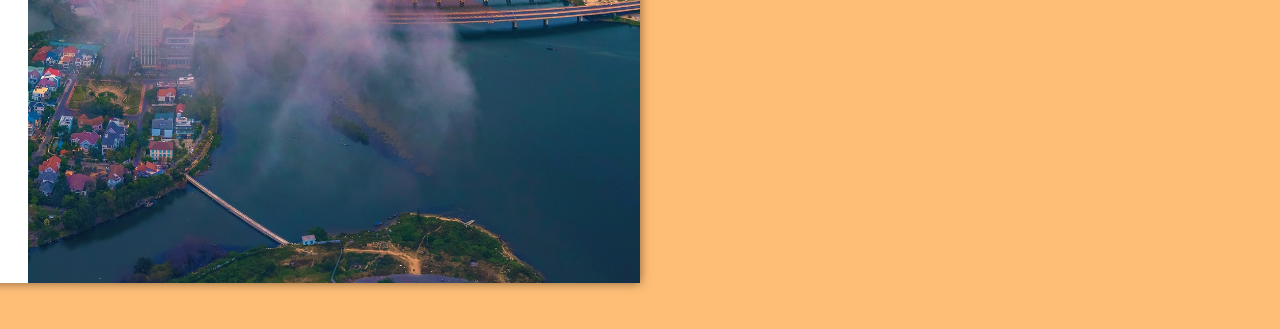
Repository: 0584386177/Clone
Page: src/page/login.html
These files come from the project's save history. The page is drawn as it stood at one moment and after the next save; the edit follows.
The browser window is 1280 px wide. The pictures show the whole page.
The style sheet was rebuilt from its Sass, Less or Tailwind sources for each picture, by a compiler version that may differ from the author's.

Above is the page before, as saved 2023-10-08 14:25:36.

### src/page/login.html
<!DOCTYPE html>
<html lang="en">
  <head>
    <title>Login</title>
    <meta charset="UTF-8" />
    <meta name="viewport" content="width=device-width, initial-scale=1.0" />
    <link rel="preconnect" href="https://fonts.googleapis.com" />
    <link rel="preconnect" href="https://fonts.gstatic.com" crossorigin />
    <link href="https://fonts.googleapis.com/css2?family=Roboto:wght@300;400;500;700;900&display=swap" rel="stylesheet" />
    <link rel="stylesheet" href="../sass/HOME/login.css" />
  </head>
  <body>
    <div class="login">
      <div class="login__main">
        <!-- left-Login -->
        <div class="login__section">
          <!-- Logo -->
          <div class="login__section-logo">
            <img src="/assets/images/login/logo.jpg" alt="" />
          </div>
          <!-- register -->
          <div class="login__section-register">
            <h2 class="login__section-title">SIGN UP</h2>
            <!-- <div class="login__section-email-phone">
              <span class="login__section-email">ty Email</span>
              <span class="login__section-email">ty Phone</span>
            </div> -->
            <form class="login__section-fill-information">
              <input class="section-fill-information" name="username" required type="text" placeholder="Enter your username" />
              <input class="section-fill-information" name="email" required type="text" placeholder="Enter your email" />
              <input class="section-fill-information" name="password" required type="text" placeholder="Enter your password" />
              <input class="section-fill-information" name="confirmPassword" required type="text" placeholder="Confirm password" />
              <button type="submit" class="section-fill-information-btn">CREATE</button>
              <!--Sửa lại class đi  -->
            </form>
          </div>
          <!-- footer -->
          <div class="login__footer">
            <span class="login__footer-help">Or Sign Up Using? <a class="login__footer-link" href="#">SIGN IN</a></span>
          </div>
        </div>
        <!-- END -->

        <!-- right-image -->
        <div class="login__image">
          <img class="login__image-img" src="/assets/images/login/anh2.jpg" alt="" />
        </div>
        <!-- END -->
      </div>
    </div>
  </body>
</html>

### src/sass/HOME/login.scss
body {
  //   width: 100%;
  //   height: 100%;
  background-color: rgba(255, 190, 118, 1);
}
.login {
  min-width: 75%;
  font-family: sans-serif;
  position: relative;
  //   top: 50%;
  //   left: 50%;
  top: 50%;
  transform: translate(-50%, -50%);

  &__section {
    display: flex;
    flex-direction: column;
  }
  &__main {
    width: 100%;
    height: 550px;
    background-color: white;
    box-shadow: 0 0 10px rgba(0, 0, 0, 0.5);
    display: flex;
  }
  //   SECTION-LOGIN
  &__section {
    width: 50%;
    padding: 20px;
  }
  //   logo
  &__section-logo {
    text-align: center;
    margin-bottom: 50px;
    img {
      width: 80px;
      height: 80px;
      object-fit: cover;
    }
  }

  //   register
  &__section-register {
    position: relative;
    flex: 1;
  }
  &__section-title {
    font-weight: 600;
    text-align: center;
    font-size: 28px;
  }

  //   &__section-email-phone {
  //     font-size: 13px;
  //     text-align: center;
  //     color: rgb(96 88 88);
  //     font-weight: 400;
  //     // max-width: 236px;
  //     // margin: 10px auto;
  //     margin-bottom: 10px;
  //   }
  //   &__section-email {
  //     padding: 8px 33px;
  //     border-bottom: 1px solid #ccc;
  //     display: inline-block;
  //   }
  //   &__section-email:hover {
  //     border-bottom: 2px solid #000;
  //     color: #000;
  //     cursor: pointer;
  //   }
  //   &__section-phone {
  //     border-bottom: 1px solid #ccc;
  //     padding: 8px 30px;
  //   }
  &__section-fill-information {
    display: flex;
    flex-direction: column;
    max-width: 250px;
    margin: 0 auto;
  }
  //   END

  //   footer
  &__footer {
    font-size: 11px;
    text-align: center;
    padding: 10px 0;
  }
  &__footer-link {
    text-decoration: none;
    color: rgb(32, 150, 224);
  }
  //   END
  //   IMAGE
  &__image {
    width: 50%;
    height: 100%;
    &-img {
      width: 100%;
      height: 100%;
      object-fit: cover;
    }
  }
}

.section-fill-information {
  margin: 5px 0;
  border-radius: 6px;
  outline: none;
  border: 1px solid #ccc;
  color: #000;
  padding: 10px 8px;
  font-size: 12px;
}

.section-fill-information::-webkit-input-placeholder {
  color: #ccc;
}

.section-fill-information-btn {
  margin-top: 5px;
  padding: 10px 8px;
  font-size: 13px;
  border: none;
  background-color: #000;
  color: white;
  border-radius: 4px;
}

.section-fill-information-btn:hover {
  cursor: pointer;
  opacity: 0.9;
}

After the next save:
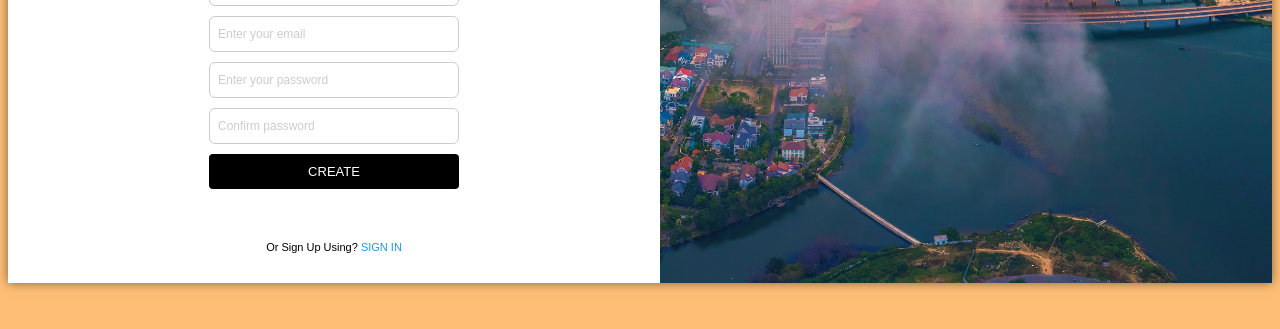
Saved 4 s later.
--- a/src/sass/HOME/login.scss
+++ b/src/sass/HOME/login.scss
@@ -8,7 +8,7 @@
   font-family: sans-serif;
   position: relative;
   //   top: 50%;
-  //   left: 50%;
+  left: 50%;
   top: 50%;
   transform: translate(-50%, -50%);
 
